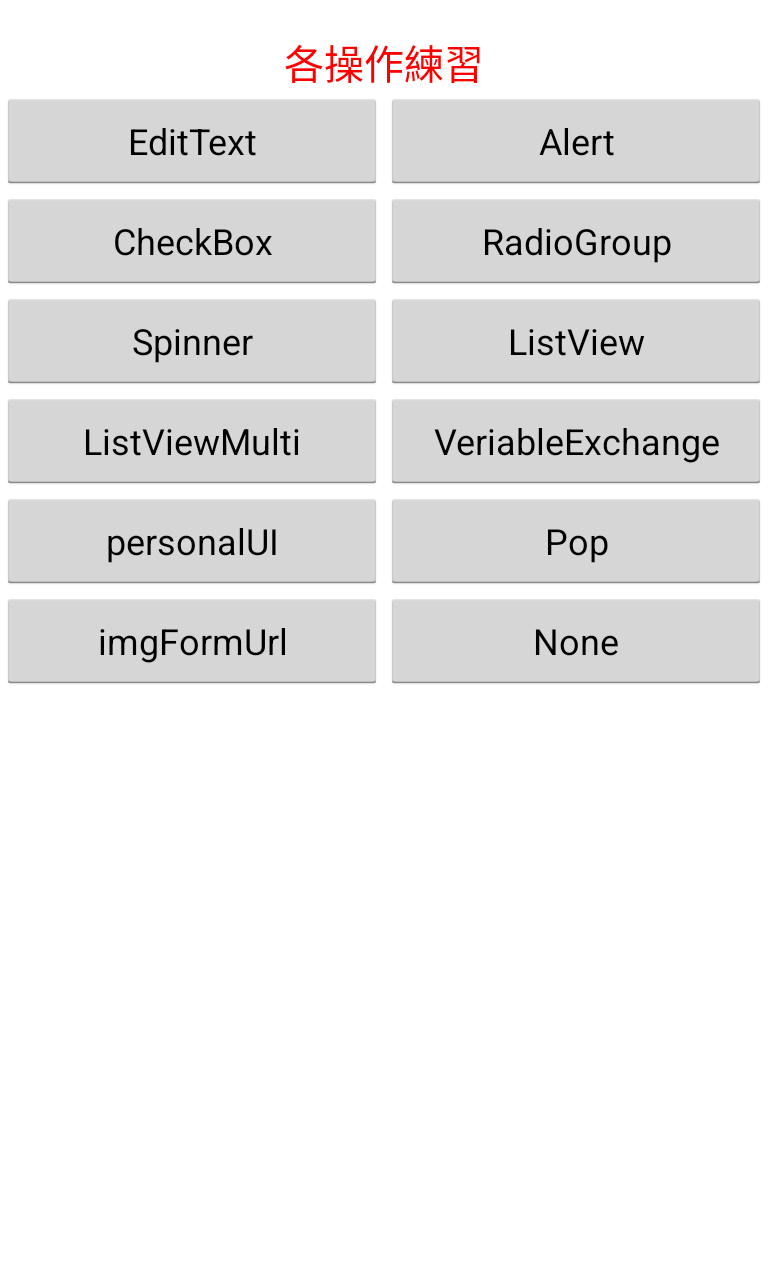
Repository: NTUSTCMAPP/cmapp
Layout: Test/Test/res/layout/activity_main.xml
An editor plug-in stored every save of this project. The layout is shown before and after the next save, followed by the edit.
It is drawn on a 768 x 1280 px phone screen (xhdpi) without system bars, with theme AppTheme; the app's code is not run. The app's manifest (not shown) leaves right-to-left support off. So textAlignment, textDirection and layoutDirection are ignored, and left and right values win over start and end ones.

Above is the layout before, as saved 2015-04-25 02:37:08.

### Test/Test/res/layout/activity_main.xml
<RelativeLayout xmlns:android="http://schemas.android.com/apk/res/android"
    xmlns:tools="http://schemas.android.com/tools"
    android:layout_width="match_parent"
    android:layout_height="match_parent"
    android:layout_margin="0dp"
    android:paddingBottom="@dimen/activity_vertical_margin"
    android:paddingLeft="@dimen/activity_horizontal_margin"
    android:paddingRight="@dimen/activity_horizontal_margin"
    android:paddingTop="@dimen/activity_vertical_margin"
    tools:context="com.cmapp.test.MainActivity" >

	<TextView
	    android:id="@+id/Title"
	    android:text="@string/Title"
	    android:layout_width="wrap_content"
	    android:layout_height="wrap_content"
	    android:layout_centerHorizontal="true"
	    android:textSize="20sp"
	    android:textColor="#FF0000">
	</TextView>

	<LinearLayout
	    android:id="@+id/LL1"
	    android:layout_width="fill_parent"
	    android:layout_height="wrap_content"
	    android:orientation="horizontal"
	    android:layout_below="@+id/Title"
	    android:weightSum="2">

	<Button android:id="@+id/editText"
	    android:layout_height="50dp"
	    android:layout_width="0dp"
	    android:layout_weight="1"
	    android:text="EditText"
	    />
	<Button android:id="@+id/Alert"
	    android:layout_height="50dp"
	    android:layout_width="0dp"
	    android:layout_weight="1"
	    android:layout_below="@+id/Title"
	    android:layout_toRightOf="@+id/editText"
	    android:text="Alert"
	    />
	</LinearLayout>
	<LinearLayout
	     android:id="@+id/LL2"
	    android:layout_width="fill_parent"
	    android:layout_height="wrap_content"
	    android:orientation="horizontal"
	    android:layout_below="@+id/LL1"
	    android:weightSum="2">

	<Button android:id="@+id/CheckBox"
	    android:layout_height="50dp"
	    android:layout_width="0dp"
	    android:layout_weight="1"
	    android:text="CheckBox"
	    />
	<Button android:id="@+id/RadioGroup"
	    android:layout_height="50dp"
	    android:layout_width="0dp"
	    android:layout_weight="1"

	    android:layout_toRightOf="@+id/editText"
	    android:text="RadioGroup"
	    />
	</LinearLayout>

	<LinearLayout
	    android:id="@+id/LL4"
	    android:layout_width="fill_parent"
	    android:layout_height="wrap_content"
	    android:layout_below="@+id/LL3"
	    android:layout_margin="0dp"
	    android:orientation="horizontal"
	    android:padding="0dp"
	    android:weightSum="2" >

	<Button
	    android:id="@+id/ListViewMulti"
	    android:layout_width="0dp"
	    android:layout_height="50dp"
	    android:layout_margin="0dp"
	    android:layout_weight="1"
	    android:minHeight="48dp"
	    android:text="ListViewMulti" />

	<Button
	    android:id="@+id/VeriableExchange"
	    android:layout_width="0dp"
	    android:layout_height="50dp"
	    android:layout_margin="0dp"
	    android:layout_toRightOf="@+id/ListViewMulti"
	    android:layout_weight="1"
	    android:text="VeriableExchange" />

	</LinearLayout>
	<LinearLayout
	     android:id="@+id/LL5"
	    android:layout_width="fill_parent"
	    android:layout_height="wrap_content"
	    android:orientation="horizontal"
	    android:layout_below="@+id/LL4"
	    android:weightSum="2">

	<Button android:id="@+id/personalUI"
	    android:layout_height="50dp"
	    android:layout_width="0dp"
	    android:layout_weight="1"
	    android:text="personalUI"
	    />
	<Button android:id="@+id/pop"
	    android:layout_height="50dp"
	    android:layout_width="0dp"
	    android:layout_weight="1"
	    android:layout_toRightOf="@+id/personalUI"
	    android:text="Pop"
	    />
	</LinearLayout>

	<LinearLayout
	    android:id="@+id/LL3"
	    android:layout_width="fill_parent"
	    android:layout_height="wrap_content"
	    android:layout_alignParentLeft="true"
	    android:layout_below="@+id/LL2"
	    android:layout_margin="0dp"
	    android:layout_marginBottom="0dp"
	    android:layout_marginStart="0dp"
	    android:layout_marginTop="0dp"
	    android:orientation="horizontal"
	    android:weightSum="2" >

	    <Button
	        android:id="@+id/Spinner"
	        android:layout_width="0dp"
	        android:layout_height="50dp"
	        android:layout_weight="1"
	        android:text="Spinner" />

	    <Button
	        android:id="@+id/ListView"
	        android:layout_width="0dp"
	        android:layout_height="50dp"
	        android:layout_toRightOf="@+id/Spinner"
	        android:layout_weight="1"
	        android:text="ListView" />
	</LinearLayout>
	<LinearLayout
	    android:id="@+id/LL6"
	    android:layout_width="fill_parent"
	    android:layout_height="wrap_content"
	    android:layout_alignParentLeft="true"
	    android:layout_below="@+id/LL5"
	    android:layout_margin="0dp"
	    android:layout_marginBottom="0dp"
	    android:layout_marginStart="0dp"
	    android:layout_marginTop="0dp"
	    android:orientation="horizontal"
	    android:weightSum="2" >

	    <Button
	        android:id="@+id/imgFormUrl"
	        android:layout_width="0dp"
	        android:layout_height="50dp"
	        android:layout_weight="1"
	        android:text="imgFormUrl" />

	    <Button
	        android:id="@+id/None"
	        android:layout_width="0dp"
	        android:layout_height="50dp"
	        android:layout_toRightOf="@+id/imgFormUrl"
	        android:layout_weight="1"
	        android:text="None" />
	</LinearLayout>

</RelativeLayout>

### Test/Test/res/values/dimens.xml
<resources>

    <!-- Default screen margins, per the Android Design guidelines. -->
    <dimen name="activity_horizontal_margin">0dp</dimen>
    <dimen name="activity_vertical_margin">16dp</dimen>

</resources>

### Test/Test/res/values/strings.xml
<?xml version="1.0" encoding="utf-8"?>
<resources>

    <string name="app_name">Test</string>
    <string name="hello_world">Hello world!</string>
    <string name="action_settings">Settings</string>
	<string name="Title">各操作練習</string>
    <string-array name="spinnerSelect">
        <item>A</item>
        <item>B</item>
        <item>C</item>
        <item>D</item>
    </string-array>
</resources>

Loaded but not shown: Test/Test/res/values/styles.xml (common file); Test/Test/res/values-v11/styles.xml (common file); Test/Test/res/values-v14/styles.xml (common file); Test/Test/res/values-w820dp/dimens.xml (common file)

After the next save:
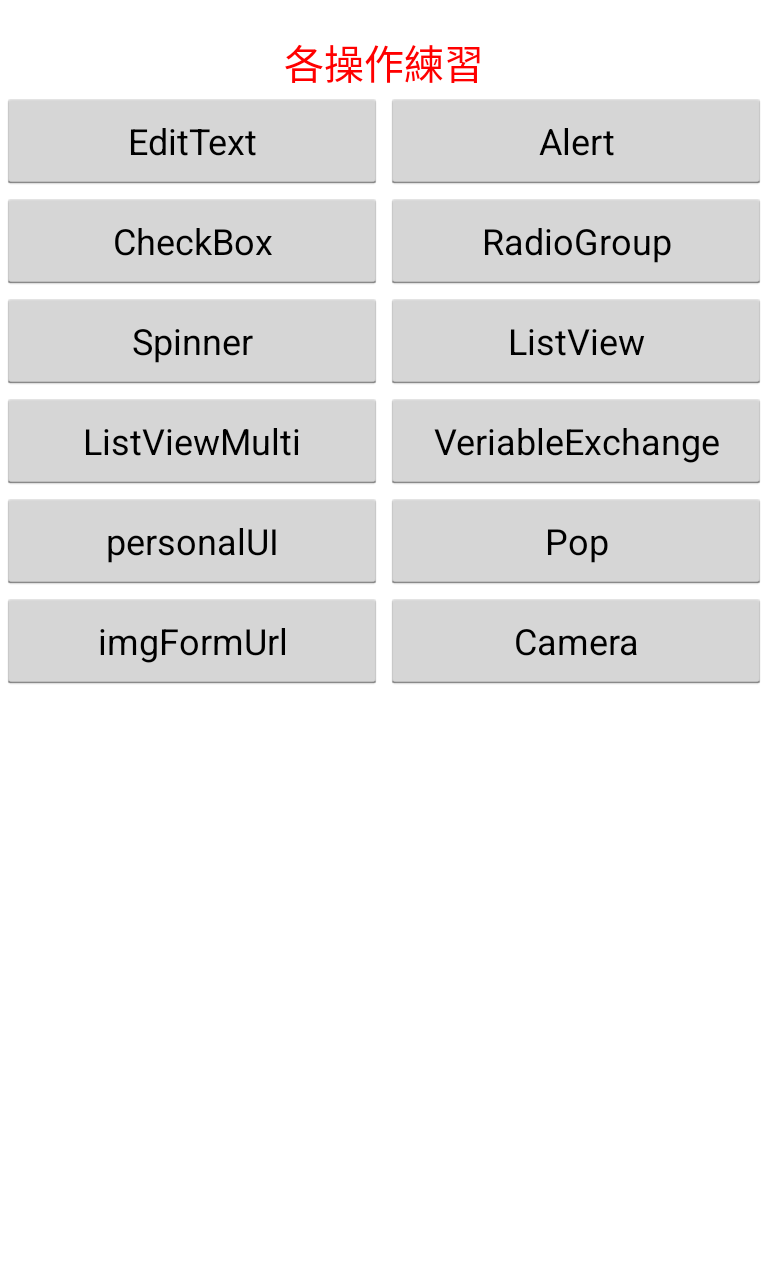
Saved 38 s later.
--- a/Test/Test/res/layout/activity_main.xml
+++ b/Test/Test/res/layout/activity_main.xml
@@ -167,12 +167,12 @@
 	        android:text="imgFormUrl" />
 
 	    <Button
-	        android:id="@+id/None"
+	        android:id="@+id/Camera"
 	        android:layout_width="0dp"
 	        android:layout_height="50dp"
 	        android:layout_toRightOf="@+id/imgFormUrl"
 	        android:layout_weight="1"
-	        android:text="None" />
+	        android:text="Camera" />
 	</LinearLayout>
 
 </RelativeLayout>
